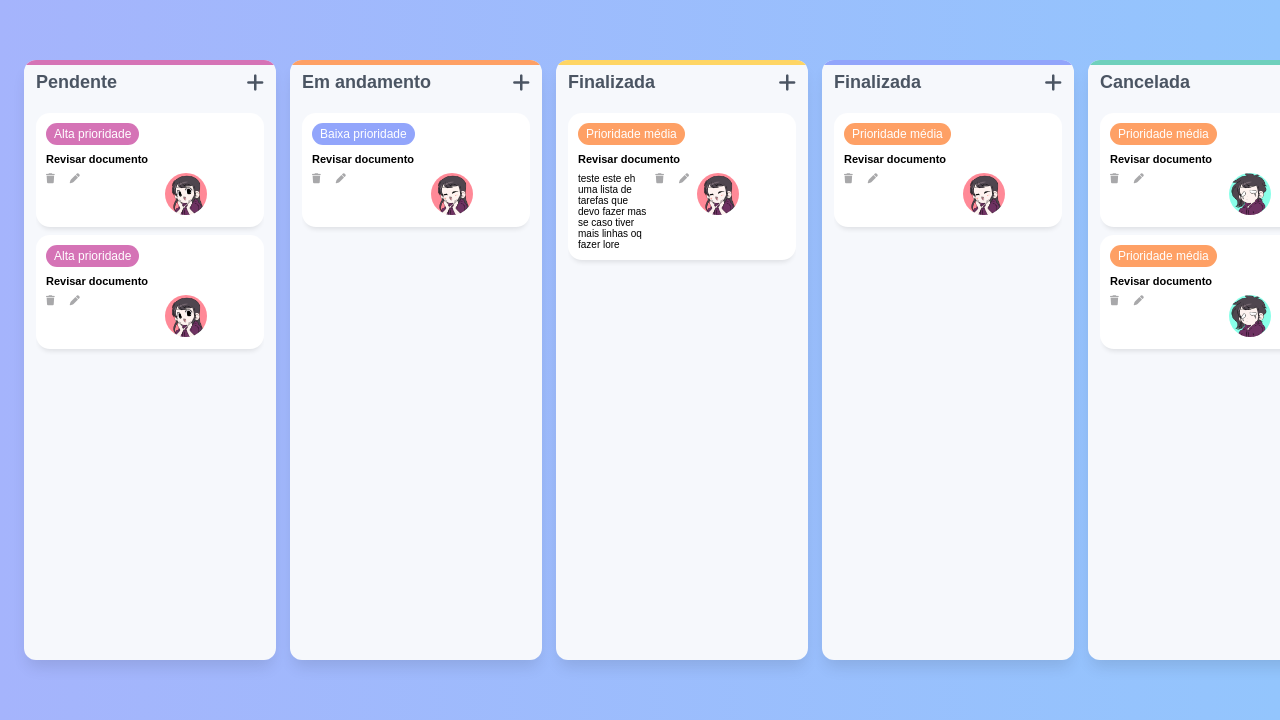
Repository: Marinalr-25/ProjetoToDoList
Page: index.html
The author's editor kept a copy of each file at every save. The page is drawn from the files as they stood at one save, then again after the next save.
The browser window is 1280 px wide. The pictures show the whole page.
Some web fonts or font styles are not loaded; a fallback is used. Some web libraries are served in a nearby version.

Above is the page before, as saved 2024-11-02 13:52:21.

### index.html
<!DOCTYPE html>
<html lang="pt-BR">
  <head>
    <meta charset="UTF-8" />
    <meta name="viewport" content="width=device-width, initial-scale=1.0" />
    <link rel="preconnect" href="https://fonts.googleapis.com" />
    <link rel="preconnect" href="https://fonts.gstatic.com" crossorigin />
    <link
      href="https://fonts.googleapis.com/css2?family=Playpen+Sans:wght@100..800&family=Roboto:ital,wght@0,100;0,300;0,400;0,500;0,700;0,900;1,100;1,300;1,400;1,500;1,700;1,900&display=swap"
      rel="stylesheet"
    />
    <link
      rel="stylesheet"
      href="https://cdnjs.cloudflare.com/ajax/libs/font-awesome/6.6.0/css/all.min.css"
      integrity="sha512-Kc323vGBEqzTmouAECnVceyQqyqdsSiqLQISBL29aUW4U/M7pSPA/gEUZQqv1cwx4OnYxTxve5UMg5GT6L4JJg=="
      crossorigin="anonymous"
      referrerpolicy="no-referrer"
    />
    <link rel="stylesheet" href="css/style.css" />
    <title>Suas tarefas</title>
  </head>
  <body>
    <main class="kanban">
      <!-- coluna 1 -->
      <div class="kanban-column" data-id="1">
        <div class="kanban-title">
          <h2>Pendente</h2>
          <button class="add-card"><i class="fa-solid fa-plus"></i></button>
        </div>
        <div class="kanban-cards">
          <div class="kanban-card" draggable="true">
            <div class="badge high">
              <span>Alta prioridade</span>
            </div>
            <p class="card-title">Revisar documento</p>
            <div class="card-infos">
              <div class="card-icons">
                <p>
                  <i class="fa-solid fa-trash"></i>
                </p>
                <p>
                  <i class="fa-solid fa-pen"></i>
                </p>
              </div>
              <div class="user">
                <img src="images/iconePerfil1.png" alt="avatar1" />
              </div>
            </div>
          </div>
          <div class="kanban-card" draggable="true">
            <div class="badge high">
              <span>Alta prioridade</span>
            </div>
            <p class="card-title">Revisar documento</p>
            <div class="card-infos">
              <div class="card-icons">
                <p>
                  <i class="fa-solid fa-trash"></i>
                </p>
                <p>
                  <i class="fa-solid fa-pen"></i>
                </p>
              </div>
              <div class="user">
                <img src="images/iconePerfil1.png" alt="avatar1" />
              </div>
            </div>
          </div>
        </div>
      </div>
      <!-- coluna 2 -->
      <div class="kanban-column" data-id="2">
        <div class="kanban-title">
          <h2>Em andamento</h2>
          <button class="add-card"><i class="fa-solid fa-plus"></i></button>
        </div>
        <div class="kanban-cards">
          <div class="kanban-card" draggable="true">
            <div class="badge low">
              <span>Baixa prioridade</span>
            </div>
            <p class="card-title">Revisar documento</p>
            <div class="card-infos">
              <div class="card-icons">
                <p>
                  <i class="fa-solid fa-trash"></i>
                </p>
                <p>
                  <i class="fa-solid fa-pen"></i>
                </p>
              </div>
              <div class="user">
                <img src="images/iconePerfil2.png" alt="avatar2" />
              </div>
            </div>
          </div>
        </div>
      </div>
      <!-- coluna 3 -->
      <div class="kanban-column" data-id="3">
        <div class="kanban-title">
          <h2>Finalizada</h2>
          <button class="add-card"><i class="fa-solid fa-plus"></i></button>
        </div>
        <div class="kanban-cards">
          <div class="kanban-card" draggable="true">
            <div class="badge medium">
              <span>Prioridade média</span>
            </div>
            <p class="card-title">Revisar documento</p>
            <div class="card-infos">
              teste este eh uma lista de tarefas que devo fazer mas se caso tiver mais linhas oq fazer
              lore
              <div class="card-icons">
                <p>
                  <i class="fa-solid fa-trash"></i>
                </p>
                <p>
                  <i class="fa-solid fa-pen"></i>
                </p>
              </div>
              <div class="user">
                <img src="images/iconePerfil2.png" alt="avatar2" />
              </div>
            </div>
          </div>
        </div>
      </div>
      <!-- coluna 4 -->
      <div class="kanban-column" data-id="4">
        <div class="kanban-title">
          <h2>Finalizada</h2>
          <button class="add-card"><i class="fa-solid fa-plus"></i></button>
        </div>
        <div class="kanban-cards">
          <div class="kanban-card" draggable="true">
            <div class="badge medium">
              <span>Prioridade média</span>
            </div>
            <p class="card-title">Revisar documento</p>
            <div class="card-infos">
              <div class="card-icons">
                <p>
                  <i class="fa-solid fa-trash"></i>
                </p>
                <p>
                  <i class="fa-solid fa-pen"></i>
                </p>
              </div>
              <div class="user">
                <img src="images/iconePerfil2.png" alt="avatar2" />
              </div>
            </div>
          </div>
        </div>
      </div>
      <!-- coluna 5 -->
      <div class="kanban-column" data-id="5">
        <div class="kanban-title">
          <h2>Cancelada</h2>
          <button class="add-card"><i class="fa-solid fa-plus"></i></button>
        </div>
        <div class="kanban-cards">
          <div class="kanban-card" draggable="true">
            <div class="badge medium">
              <span id="propriedadeSelecionada">Prioridade média</span>
            </div>
            <p class="card-title">Revisar documento</p>
            <div class="card-infos">
              <div class="card-icons">
                <p>
                  <i class="fa-solid fa-trash"></i>
                </p>
                <p>
                  <i class="fa-solid fa-pen"></i>
                </p>
              </div>
              <div class="user">
                <img src="images/iconePerfilCancelada.png" alt="avatarTarefaCancelada" />
              </div>
            </div>
          </div>
          <div class="kanban-card" draggable="true">
            <div class="badge medium">
              <span id="propriedadeSelecionada">Prioridade média</span>
            </div>
            <p class="card-title">Revisar documento</p>
            <div class="card-infos">
              <div class="card-icons">
                <p>
                  <i class="fa-solid fa-trash"></i>
                </p>
                <p>
                  <i class="fa-solid fa-pen"></i>
                </p>
              </div>
              <div class="user">
                <img src="images/iconePerfilCancelada.png" alt="avatar2" />
              </div>
            </div>
          </div>
        </div>
      </div>

      <div class="adicionando">
        <div class="opcoes">
          <div class="custom_radio">
            <input
              type="radio"
              name="prioridade"
              id="alta_prioridade"
              placeholder="Alta prioridade"
            />
            <label for="alta_prioridade">Alta prioridade</label>
          </div>
          <div class="custom_radio">
            <input
              type="radio"
              name="prioridade"
              id="media_prioridade"
              placeholder="Alta prioridade"
            />
            <label for="media_prioridade">Prioridade média</label>
          </div>
          <div class="custom_radio">
            <input
              type="radio"
              name="prioridade"
              id="baixa_prioridade"
              placeholder="Alta prioridade"
            />
            <label for="baixa_prioridade">Baixa prioridade</label>
          </div>
      </div>
      <div class="title">
        <input type="text" class="title" name="title" id="title" placeholder="Título">
        <label for="title"></label>
      </div>
      <div class="descricao">
        <textarea placeholder="Descrição da tarefa" name="caixa_texto" id="caixa_texto" class="caixa_texto"></textarea>
      </div>
      <div class="buttons">
        <button class=" botao okButton">Ok</button>
        <button class=" botao cancelarButton">Cancelar</button>
      </div>
    </main>
    <script src="javascript/script.js"></script>
  </body>
</html>

### css/style.css
* {
  padding: 0;
  margin: 0;
  box-sizing: border-box;
}

*::-webkit-scrollbar {
  width: 0.8rem;
}

*::-webkit-scrollbar-track {
  background-color: #eaeffa;
  border-radius: 0.8rem;
}
*::-webkit-scrollbar-thumb {
  background-color: #b7d3fb;
  border-radius: 2rem;
}

html {
  font-size: 62.5%;
}

body {
  font-family: 'Playpen Sans', sans-serif;
  min-height: 100vh;
  display: flex;
  justify-content: center;
  align-items: center;
  background: linear-gradient(90deg, #a5b4fc, #93c5fd);
}

.kanban {
  display: flex;
  gap: 1.4rem;
  padding: 2.4rem;
  width: 100%;
  height: 90vh;
  overflow-x: auto;
}

.kanban-column {
  display: flex;
  flex-direction: column;
  gap: 1.8rem;
  height: 100%;
  overflow-y: auto;
  background-color: #f6f8fc;
  border-radius: 1.2rem;
  box-shadow: 0 1rem 1.5rem -0.3rem rgba(0, 0, 0, 0.1);
  padding: 1.2rem;
  overflow: hidden;
  min-width: 25.2rem;
  max-width: 47rem;
  position: relative;

  &::after {
    position: absolute;
    content: '';
    top: 0;
    left: 0;
    height: 0.5rem;
    width: 100%;
  }
  &[data-id='1']::after {
    background-color: #d573b6;
  }
  &[data-id='2']::after {
    background-color: #fea065;
  }
  &[data-id='3']::after {
    background-color: #fed565;
  }
  &[data-id='4']::after {
    background-color: #92a5fb;
  }
  &[data-id='5']::after {
    background-color: #6ed0bc;
  }
}

.kanban-title {
  display: flex;
  justify-content: space-between;

  & h2 {
    font-size: 1.8rem;
    color: #4b5563;
    font-weight: 600;
  }
}

.add-card {
  color: #4b5563;
  font-size: 2rem;
  background-color: transparent;
  cursor: pointer;
  border: none;
}

.kanban-cards {
  display: flex;
  flex-direction: column;
  gap: 0.8rem;
  height: 100%;
  overflow-x: hidden;
  overflow-y: auto;
}

.kanban-card {
  display: flex;
  flex-direction: column;
  gap: 0.8rem;
  background-color: #ffffff;
  padding: 1rem;
  border-radius: 1.4rem;
  box-shadow: 0 0.5rem 0.5rem -0.3rem rgba(0, 0, 0, 0.1);
  cursor: pointer;
}

.badge {
  color: #ffffff;
  width: fit-content;
  font-size: 1.2rem;
  padding: 0.4rem 0.8rem;
  border-radius: 1.2rem;

  &.high {
    background-color: #d573b6;
  }
  &.medium {
    background-color: #fea065;
  }
  &.low {
    background-color: #92a5fb;
  }
}

.dragging {
  opacity: 0.5;
}

.card-title {
  font-size: 1.1rem;
  font-weight: 600;
}

.card-infos {
  display: flex;
  justify-content: space-between;
  align-items: start;
  gap: 0.8rem;
  width: 16.1rem;
}
.card-icons {
  display: flex;
  gap: 1.5rem;
  & i {
    color: #a8a8aa;
  }
}

.cards-hover {
  background-color: #eaeffa;
  border-radius: 0.8rem;
}

.user img {
  width: 4.2rem;
  height: 4.2rem;
  border-radius: 100%;
  object-fit: cover;
}

.adicionando {
  padding: 2rem;
  display: none;
  flex-direction: column;
  justify-content: space-between;
  gap: 2.5rem;
  position: fixed;
  top: 50%;
  left: 50%;
  transform: translate(-50%, -50%);
  width: 50rem;
  height: 35rem;
  border-radius: 1rem;
  box-shadow: inset -0.5rem -0.5rem 2rem 0.5rem rgba(0, 0, 0, 0.2);
  background: linear-gradient(150deg, #93c5fd, #a5b4fc);
}

.opcoes {
  display: flex;
  justify-content: center;
  gap: 2rem;
}

.custom_radio input[type='radio'] {
  display: none;
}

.custom_radio label {
  display: inline-block;
  margin: 0.5rem;
  cursor: pointer;
  transition: all 0.2s ease;
  background-color: #43b494;
  color: #ffffff;
  width: fit-content;
  font-size: 1.2rem;
  padding: 0.4rem 0.8rem;
  border-radius: 1.2rem;
}

.custom_radio input[type='radio']:checked + label {
  box-shadow: 0 0.5rem 0.5rem 0.2rem rgba(0, 0, 0, 0.2);
}

label:hover {
  transform: scale(1.1);
}

#alta_prioridade:checked + label {
  background-color: #d573b6; /* Vermelho para alta prioridade */
}

#media_prioridade:checked + label {
  background-color: #fea065; /* Amarelo para média prioridade */
}

#baixa_prioridade:checked + label {
  background-color: #92a5fb; /* Verde para baixa prioridade */
}

.custom-radio input[type='radio']:checked {
  transform: scale(1.1);
}

.title {
  display: flex;
  justify-content: center;
  padding: 0.5rem 1rem;
}

.title::placeholder {
  text-align: center;
}

.title,
.caixa_texto {
  border: 0;
  resize: none;
}

.title:focus,
.caixa_texto:focus {
  outline: none;
  box-shadow: inset 0 0 1.5rem 0.2rem transparent;
  border: 2px solid #998fe8;
}

.descricao {
  display: flex;
  justify-content: center;
}
.caixa_texto {
  width: 30rem;
  height: 10rem;
  padding: 1rem;
  box-shadow: inset 0 0 1.5rem 0.2rem #00000033;
}

.caixa_texto::placeholder {
  text-align: start;
}

.buttons {
  display: flex;
  justify-content: space-around;
  height: 4rem;
  align-items: center;
}

.botao {
  text-transform: uppercase;
  font-weight: 600;
  border: 0;
  border-radius: 5rem;
  padding: 0.6rem 0.8rem;
  width: 9rem;
  box-shadow: 0 0.5rem 0.5rem 0.2rem rgba(0, 0, 0, 0.2);
}

.okButton {
  background-color: #6ac96f;
  box-shadow: inset 0 0.5rem 0.5rem 0.2rem transparent;
  transition: all 0.3s ease;
  &:hover {
    box-shadow: inset 0.2rem -0.5rem 1rem 0.1rem #52b957;
    transform: scale(1.1);
  }
}
.cancelarButton {
  background-color: #e57373;
  box-shadow: inset 0 0.5rem 0.5rem 0.2rem transparent;
  transition: all 0.3s ease;
  &:hover {
    box-shadow: inset 0.2rem -0.5rem 1rem 0.1rem #d63d3d;
    transform: scale(1.1);
  }
}

### javascript/script.js
document.addEventListener('DOMContentLoaded', function () {
  const cards = document.querySelectorAll('.kanban-card');
  const colunas = document.querySelectorAll('.kanban-cards');
  const mais = document.querySelectorAll('.fa-solid.fa-plus');
  const cancelar = document.querySelector('.cancelarButton');
  const ok = document.querySelector('.okButton');
  const adicionando = document.querySelector('.adicionando');
  const textarea = document.querySelector('.caixa_texto');
  const kanbanCards = document.querySelector('.kanban-cards');
  const title = document.getElementById('title');
  const radios = document.querySelectorAll('input[name="prioridade"]');

  let dragCard = null;
  let selecionadoPrioridade = '';

  function addDragEvents(card) {
    card.addEventListener('dragstart', (e) => {
      dragCard = card;
      e.currentTarget.classList.add('dragging');
    });
    card.addEventListener('dragend', (e) => {
      e.currentTarget.classList.remove('dragging');
      dragCard = null;
    });
  }
  cards.forEach((card) => addDragEvents(card));

  colunas.forEach((coluna) => {
    coluna.addEventListener('dragover', (e) => {
      e.preventDefault();
      e.currentTarget.classList.add('cards-hover');
    });
    coluna.addEventListener('dragleave', (e) => {
      e.currentTarget.classList.remove('cards-hover');
    });
    coluna.addEventListener('drop', (e) => {
      e.preventDefault();
      e.currentTarget.classList.remove('cards-hover');
      if (dragCard) {
        e.currentTarget.appendChild(dragCard);
      }
    });
  });

  radios.forEach((radio) => {
    radio.addEventListener('change', () => {
      if (radio.checked) {
        selecionadoPrioridade = radio.nextElementSibling.textContent;
        console.log(selecionadoPrioridade);
      }
    });
  });

  function corPrioridade() {
    switch (selecionadoPrioridade) {
      case 'Alta prioridade':
        return 'high';
      case 'Prioridade média':
        return 'medium';
      case 'Baixa prioridade':
        return 'low';
      default:
        return null;
    }
  }

  function titulo() {
    return title.value;
  }

  function descricaotarefa() {
    return textarea.value;
  }

  mais.forEach((adicionar) => {
    adicionar.addEventListener('click', function () {
      title.value = '';
      textarea.value = '';
      radios.forEach((radio) => {
        radio.checked = false;
      });
      selecionadoPrioridade = '';
      adicionando.style.display = 'flex';
    });
  });

  textarea.addEventListener('blur', function () {
    const textareavalue = this.value;
    console.log(textareavalue);
  });

  ok.addEventListener('click', function () {
    const novoCard = document.createElement('div');
    novoCard.className = 'kanban-card';
    novoCard.draggable = true;

    const prioridadeClasse = corPrioridade();
    if (prioridadeClasse === null) {
      alert('Por favor, selecione uma prioridade.');
      return;
    }
    const tituloCaixa = titulo();
    const descricao = descricaotarefa();

    novoCard.innerHTML = `
        <div class= "badge ${prioridadeClasse}">
            <span>${selecionadoPrioridade} </span>
        </div>
        <p class="card-title">${tituloCaixa} </p>
        <div class="card-infos"> ${descricao}
            <div class="card-icons">
                <p>
                    <i class="fa-solid fa-trash"></i>
                </p>
                <p>
                    <i class="fa-solid fa-pen"></i>
                </p>
            </div>
            <div class="user">
                <img src="images/iconePerfil1.png" alt="avatar2" />
            </div>
        </div>
    `;

    kanbanCards.append(novoCard);
    addDragEvents(novoCard);

    adicionando.style.display = 'none';
  });

  cancelar.addEventListener('click', function () {
    adicionando.style.display = 'none';
  });

  function updatelocalStorage() {
    localStorage.getItem();
  }
});

After the next save:
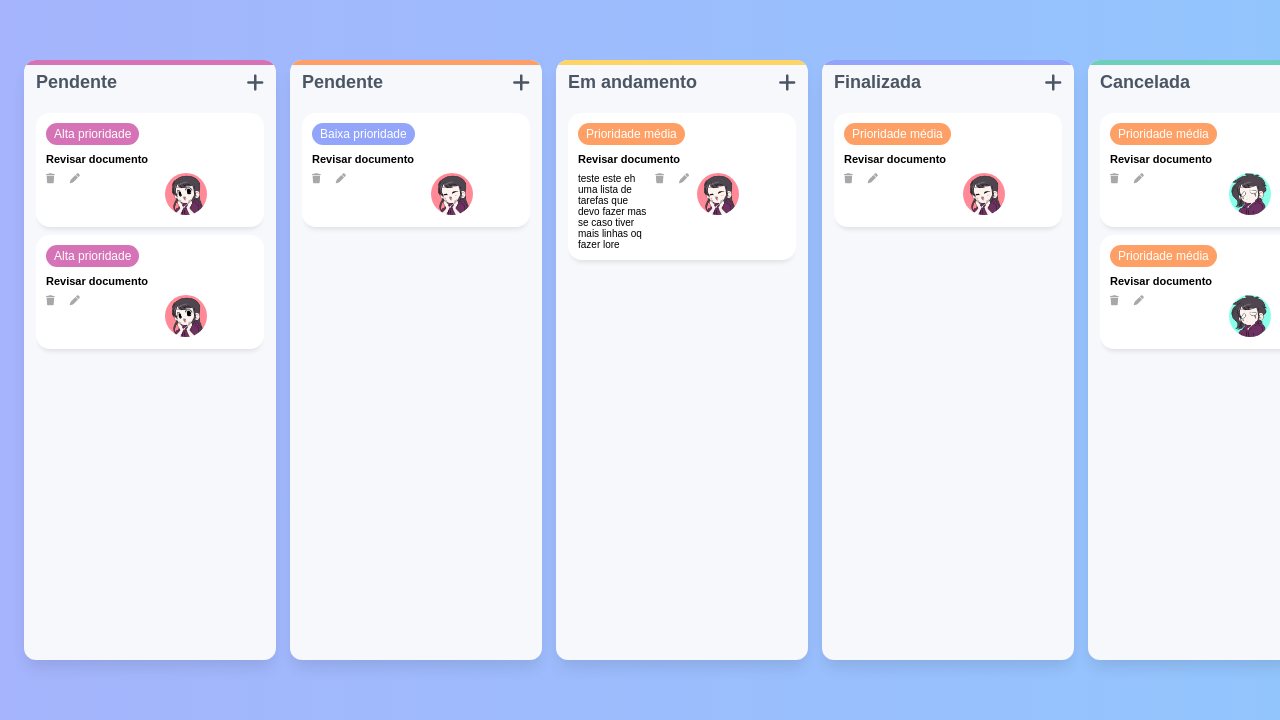
Saved 2 min 26 s later.
--- a/index.html
+++ b/index.html
@@ -21,7 +21,7 @@
   </head>
   <body>
     <main class="kanban">
-      <!-- coluna 1 -->
+      <!-- coluna 1 (planejando) -->
       <div class="kanban-column" data-id="1">
         <div class="kanban-title">
           <h2>Pendente</h2>
@@ -68,10 +68,10 @@
           </div>
         </div>
       </div>
-      <!-- coluna 2 -->
+      <!-- coluna 2 (Pendente) -->
       <div class="kanban-column" data-id="2">
         <div class="kanban-title">
-          <h2>Em andamento</h2>
+          <h2>Pendente</h2>
           <button class="add-card"><i class="fa-solid fa-plus"></i></button>
         </div>
         <div class="kanban-cards">
@@ -96,10 +96,10 @@
           </div>
         </div>
       </div>
-      <!-- coluna 3 -->
+      <!-- coluna 3 (Em andamento) -->
       <div class="kanban-column" data-id="3">
         <div class="kanban-title">
-          <h2>Finalizada</h2>
+          <h2>Em andamento</h2>
           <button class="add-card"><i class="fa-solid fa-plus"></i></button>
         </div>
         <div class="kanban-cards">
@@ -126,7 +126,7 @@
           </div>
         </div>
       </div>
-      <!-- coluna 4 -->
+      <!-- coluna 4 (Finalizada) -->
       <div class="kanban-column" data-id="4">
         <div class="kanban-title">
           <h2>Finalizada</h2>
@@ -154,7 +154,7 @@
           </div>
         </div>
       </div>
-      <!-- coluna 5 -->
+      <!-- coluna 5 (Cancelada)-->
       <div class="kanban-column" data-id="5">
         <div class="kanban-title">
           <h2>Cancelada</h2>
